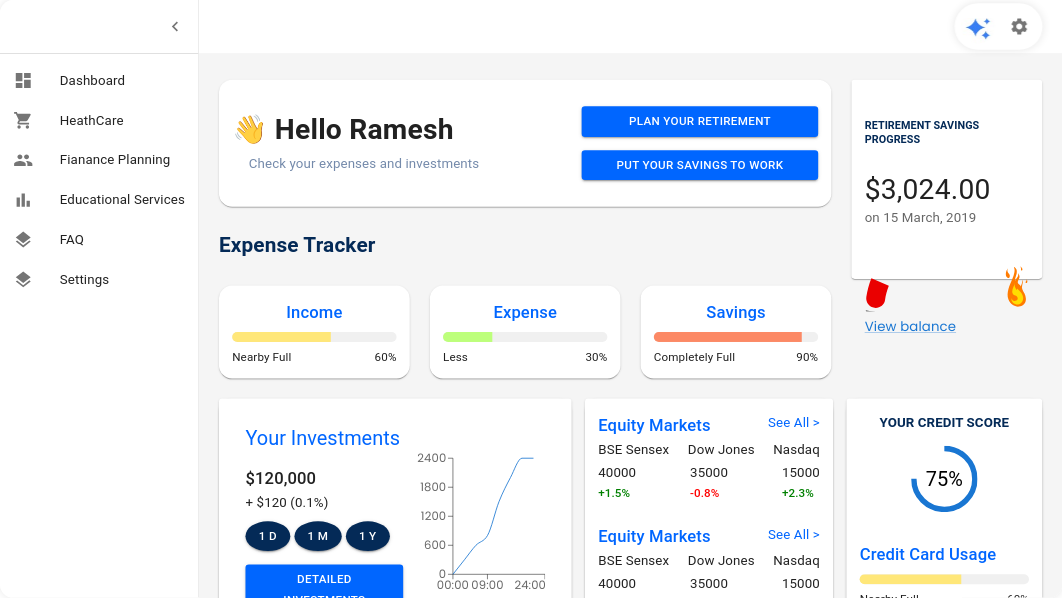
Repository: shubhampirate/TIAA_Retirement_hackathon
Page: /
An editor plug-in stored every save of this project. The page is shown before and after the next save, followed by the edit.
The browser window is 1280 px wide. The pictures show the whole page, at 83% of full size.
An inner scrolling area shows only its first screen. The project was rebuilt for these pictures with package versions that can differ from the ones it lists, and the page was loaded fresh each time. Also part of the build but not shown: src/Components/CustomButton.jsx, src/Components/Navbar.jsx, src/Components/Properties.jsx, src/Components/Footer.jsx, src/Components/Hero.jsx, src/pages/Sign_In.jsx.

Above is the page before, as saved 2023-11-15 15:13:45.

### src/index.css
@import url("https://fonts.googleapis.com/css2?family=Poppins:wght@400;500;700&display=swap");

* {
  margin: 0;
  padding: 0;
  box-sizing: border-box;
  font-family: "Poppins", sans-serif;
}

body {
  margin: 0;
  -webkit-font-smoothing: antialiased;
  -moz-osx-font-smoothing: grayscale;
}

code {
  font-family: source-code-pro, Menlo, Monaco, Consolas, "Courier New",
    monospace;
}

### src/App.jsx
import Hero from "./Components/Hero";
import SignIn from "./pages/Sign_In";
import Dashboard from "./Components/Dashboard";

function App() {
  return (
    <>
      {/* <Hero /> */}
      {/* <SignIn/> */}
      <Dashboard />
    </>
  );
}

export default App;

### src/Components/listItems.jsx
import * as React from 'react';
import ListItemButton from '@mui/material/ListItemButton';
import ListItemIcon from '@mui/material/ListItemIcon';
import ListItemText from '@mui/material/ListItemText';
import ListSubheader from '@mui/material/ListSubheader';
import DashboardIcon from '@mui/icons-material/Dashboard';
import ShoppingCartIcon from '@mui/icons-material/ShoppingCart';
import PeopleIcon from '@mui/icons-material/People';
import BarChartIcon from '@mui/icons-material/BarChart';
import LayersIcon from '@mui/icons-material/Layers';
import AssignmentIcon from '@mui/icons-material/Assignment';

export const mainListItems = (
  <React.Fragment>
    <ListItemButton>
      <ListItemIcon>
        <DashboardIcon />
      </ListItemIcon>
      <ListItemText primary="Dashboard" />
    </ListItemButton>
    <ListItemButton>
      <ListItemIcon>
        <ShoppingCartIcon />
      </ListItemIcon>
      <ListItemText primary="HeathCare" />
    </ListItemButton>
    <ListItemButton>
      <ListItemIcon>
        <PeopleIcon />
      </ListItemIcon>
      <ListItemText primary="Fianance Planning" />
    </ListItemButton>
    <ListItemButton>
      <ListItemIcon>
        <BarChartIcon />
      </ListItemIcon>
      <ListItemText primary="Educational Services" />
    </ListItemButton>
    <ListItemButton>
      <ListItemIcon>
        <LayersIcon />
      </ListItemIcon>
      <ListItemText primary="FAQ" />
    </ListItemButton>
    <ListItemButton>
      <ListItemIcon>
        <LayersIcon />
      </ListItemIcon>
      <ListItemText primary="Settings" />
    </ListItemButton>
  </React.Fragment>
);

// export const secondaryListItems = (
//   <React.Fragment>
//     <ListSubheader component="div" inset>
//       Saved reports
//     </ListSubheader>
//     <ListItemButton>
//       <ListItemIcon>
//         <AssignmentIcon />
//       </ListItemIcon>
//       <ListItemText primary="Current month" />
//     </ListItemButton>
//     <ListItemButton>
//       <ListItemIcon>
//         <AssignmentIcon />
//       </ListItemIcon>
//       <ListItemText primary="Last quarter" />
//     </ListItemButton>
//     <ListItemButton>
//       <ListItemIcon>
//         <AssignmentIcon />
//       </ListItemIcon>
//       <ListItemText primary="Year-end sale" />
//     </ListItemButton>
//   </React.Fragment>
// );

### src/Components/Deposits.jsx
import * as React from 'react';
import Link from '@mui/material/Link';
import Typography from '@mui/material/Typography';
// import Title from './Title';
import { styled, createTheme, ThemeProvider } from '@mui/material/styles';
import GaugeChart from './GaugeChart';


function preventDefault(event) {
  event.preventDefault();
}
const Title = styled(Typography)(({ theme }) => ({
  fontSize: "13px",
  color: "#042A57",
  fontWeight: "bold",
  textAlign: "left",
  margin: theme.spacing(4, 0, 4, 0),
  [theme.breakpoints.down("sm")]: {
    fontSize: "20px",
  },
}))
export default function Deposits() {
  return (
    <React.Fragment>
<Title variant="h4" sx={{color: "#042A57"}}>
RETIREMENT SAVINGS PROGRESS
            </Title>
      {/* <Title>Recent Deposits</Title> */}
      <Typography component="p" variant="h4">
        $3,024.00
      </Typography>
      <Typography color="text.secondary" sx={{ flex: 1 }}>
        on 15 March, 2019
      </Typography>
      <div>
      <GaugeChart/>
        <Link color="primary" href="#" onClick={preventDefault}>
          View balance
        </Link>
      </div>
    </React.Fragment>
  );
}

### src/Components/YourComponent.jsx
import React from 'react';
import { Box,Grid, Paper, Typography, CircularProgress, LinearProgress, Button } from '@mui/material';
import Chart from './Chart';
// import ArrowForwardIcon from '@mui/icons-material/ArrowForward';



const InvestmentsBox = () => (
  <Paper sx={{ p: 4, display: 'flex', flexDirection: 'column', alignItems: 'center' }}>
    <div style={{ display: 'flex', justifyContent: 'space-between', width: '100%' }}>
      <div style={{ textAlign: 'left' }}>
        <Typography variant="h5" sx={{color: '#0066FF' }}>Your Investments</Typography>
        <Typography variant="h6" sx={{mt:2}}>$120,000</Typography>
        <Typography variant="subtitle1">+ $120 (0.1%)</Typography>
        {/* Options to choose from */}
        <div style={{ display: 'flex', marginTop: '8px' }}>
          <Button
            variant="contained"
            style={{
              backgroundColor: '#042A57',
              color: '#FFF',
              borderRadius: '70%',
              minWidth: 'unset',
              marginRight: '5px',
            }}
          >
            1 D
          </Button>
          <Button
            variant="contained"
            style={{
              backgroundColor: '#042A57',
              color: '#FFF',
              borderRadius: '50%',
              minWidth: 'unset',
              marginRight: '5px',
            }}
          >
            1 M
          </Button>
          <Button
            variant="contained"
            style={{
              backgroundColor: '#042A57',
              color: '#FFF',
              borderRadius: '50%',
              minWidth: 'unset',
            }}
          >
            1 Y
          </Button>
        </div>
        <Button variant="contained"  sx={{ width: '100%', backgroundColor: '#0066FF', color: '#fff', mb:1 ,mt:{xs:0, md:2}  }}>
        Detailed Investments
        </Button>
      </div>
      {/* Chart (replace with your actual chart component) */}
      <div style={{ width: '50%', height: '150px', backgroundColor: '#fff' }}>
        {/* Replace this div with your actual chart component */}
        <div style={{ width: '100%', height: '140%', display: 'flex', justifyContent: 'center', alignItems: 'center' }}>
          <Chart />
        </div>
      </div>
    </div>
  </Paper>
);


const EquityMarketsBox = () => {
  // Mock data for market values
  const marketData = [
    { name: 'BSE Sensex', currentPrice: 40000, increasePercentage: 1.5 },
    { name: 'Dow Jones', currentPrice: 35000, increasePercentage: -0.8 },
    { name: 'Nasdaq', currentPrice: 15000, increasePercentage: 2.3 },
  ];

  return (
    <Paper sx={{ p: 2, display: 'flex', flexDirection: 'column' }}>
  <Typography variant="h6" style={{ display: 'flex', justifyContent: 'space-between', color: '#0066FF' }}>
        Equity Markets
        <Typography variant="subtitle1" style={{ cursor: 'pointer' }}>
          See All &gt;
        </Typography>
      </Typography>
    {/* Display market names in the first line */}
    <div style={{ display: 'flex', justifyContent: 'space-between' }}>
      {marketData.map((market) => (
        <Typography key={market.name} variant="subtitle1">{market.name}</Typography>
      ))}
    </div>
    {/* Display market values in the second line */}
    <div style={{ display: 'flex', justifyContent: 'space-between' }}>
      {marketData.map((market) => (
        <div key={market.name}>
          <Typography variant="subtitle1">{market.currentPrice}</Typography>
          <Typography variant="subtitle2" style={{ color: market.increasePercentage >= 0 ? 'green' : 'red' }}>
            {market.increasePercentage >= 0 ? '+' : ''}{market.increasePercentage}%
          </Typography>
        </div>
      ))}
    </div>
 <br />
  <Typography variant="h6" style={{ display: 'flex', justifyContent: 'space-between', color: '#0066FF' }}>
        Equity Markets
        <Typography variant="subtitle1" style={{ cursor: 'pointer' }}>
          See All &gt;
        </Typography>
      </Typography>
    {/* Display market names in the first line */}
    <div style={{ display: 'flex', justifyContent: 'space-between' }}>
      {marketData.map((market) => (
        <Typography key={market.name} variant="subtitle1">{market.name}</Typography>
      ))}
    </div>
    {/* Display market values in the second line */}
    <div style={{ display: 'flex', justifyContent: 'space-between' }}>
      {marketData.map((market) => (
        <div key={market.name}>
          <Typography variant="subtitle1">{market.currentPrice}</Typography>
          <Typography variant="subtitle2" style={{ color: market.increasePercentage >= 0 ? 'green' : 'red' }}>
            {market.increasePercentage >= 0 ? '+' : ''}{market.increasePercentage}%
          </Typography>
        </div>
      ))}
    </div>

  </Paper>
);
};



// Component for the third box
  // Component for the first box
const ProgressBarBox = ({ title, value }) => {
    let indicatorText = '';
    let color = '';

    if (value <= 30) {
      indicatorText = 'Less';
      color = '#BDFF7B';
    } else if (value <= 70) {
      indicatorText = 'Nearby Full';
      color = '#FFE779';
    } else {
      indicatorText = 'Completely Full';
      color = '#FC8965';
    }

    return (
      <Grid container>
        <Typography variant="h6" sx={{ mb: 1, color: "#0066FF" }}>
          {title}
        </Typography>
        <LinearProgress
          variant="determinate"
          value={value}
          sx={{
            width: '100%',
            height: '12px',
            borderRadius: '8px',
            backgroundColor: '#f0f0f0',
            marginBottom: '8px',
            '& .MuiLinearProgress-bar': {
              backgroundColor: color,
            },
          }}
        />
        <Box
          sx={{
            display: 'flex',
            justifyContent: 'space-between',
            width: '100%',
          }}
        >
          <Typography variant="body2">{indicatorText}</Typography>
          <Typography variant="body2">{value}%</Typography>
        </Box>
      </Grid>
    );
  };

  // Component for the third box
  const CreditScoreBox = () => (
    <Paper sx={{ p: 2, display: 'flex', flexDirection: 'column', alignItems: 'center', position: 'relative' }}>
      <Typography variant="h6" sx={{mb:{xs:0, md:2}, color: "#042A57", fontSize: "16px", fontWeight: "bold"}}>YOUR CREDIT SCORE</Typography>
      {/* <br /> */}
      {/* Circular Progress Bar */}
      <div style={{ position: 'relative', width: '80px', height: '80px', marginBottom:"35px" }}>
        <CircularProgress variant="determinate" value={75} size={80} />
        {/* Display the percentage in the center of the circular progress bar */}
        <Typography
          variant="h5"
          style={{
            position: 'absolute',
            top: '50%',
            left: '50%',
            transform: 'translate(-50%, -50%)',
            color: '#000', // Adjust text color as needed
          }}
        >
          75%
        </Typography>
      </div>
      {/* <br /> */}
      {/* Include ProgressBarBox with the entire width */}
      <ProgressBarBox title="Credit Card Usage" value={60} />
    </Paper>
  );

// Main component
const YourComponent = () => (
  <Grid container spacing={2}>
    <Grid item xs={12} md={9}>
      <Grid container spacing={2} style={{ height: '100%' }}>
        <Grid item xs={12} md={8} lg={7}>
          <Paper sx={{ borderRadius: '16px' }}>
            <InvestmentsBox />
          </Paper>
        </Grid>
        <Grid item xs={12} md={4} lg={5}>
          <Paper sx={{ borderRadius: '16px' }}>
            <EquityMarketsBox />
          </Paper>
        </Grid>
      </Grid>
    </Grid>
    <Grid item xs={12} md={3}>
      <Paper sx={{ borderRadius: '16px' }}>
        <CreditScoreBox />
      </Paper>
    </Grid>
  </Grid>
);

export default YourComponent;

### src/Components/GaugeChart.jsx
import React, { useEffect } from 'react';

const GaugeChart = () => {
  const GaugeChart_SetPercent = (el, _perc) => {
    el.dataset.percent = _perc;
    console.log(el.querySelector(".text"));
  };

  const GaugeChart_BehaviorInit = () => {
    document.querySelectorAll(".gauge-box").forEach(function (el, index) {
      GaugeChart_Animate(el);
      return;
    });
  };

  const GaugeChart_Animate = (el) => {
    var pointer = el.querySelector(".pointer");

    if (!pointer) return;

    console.log("OK");
    var percent_deg = 1.8;
    if (el.dataset.percent) {
      var _perc = parseInt(el.dataset.percent);
      var _percFrom = 0;
      var percent_deg_style = _perc * percent_deg - 90;
      if (percent_deg_style < -90) percent_deg_style = -90;
      if (percent_deg_style > 90) percent_deg_style = 90;

      pointer.style.transform = "rotateZ(-90deg)";

      var indicator_index;

      for (var i = 0; i < 7; i++) {
        var piece_percent = 100 / 8;
        if (CheckBetween(_perc, piece_percent * i, piece_percent * (i + 1))) {
          indicator_index = i + 1;
          console.log(indicator_index + 1);
          break;
        }
      }

      var piece_sel = el.querySelector(".p-" + indicator_index);
      if (piece_sel) {
        piece_sel.classList.add("selected");
      }

      setInterval(function () {
        pointer.style.transform = "rotateZ(" + percent_deg_style + "deg)";
        if (_perc >= 87.5) {
          el.querySelector(".flame-gauge").classList.add("active");
        } else {
          el.querySelector(".flame-gauge").classList.remove("active");
        }
      }, 100);
    }
  };

  const CheckBetween = (num, min, max) => {
    if (num >= min && num < max) {
      return true;
    }
    return false;
  };

  useEffect(() => {
    GaugeChart_BehaviorInit();
  }, []);

  return (
    <div className='centered-box'>
      <div className="gauge-box" data-percent='88'>
        <svg version="1.1" className="gauge-meter-chart" xmlns="http://www.w3.org/2000/svg" xmlnsXlink="http://www.w3.org/1999/xlink" x="0px"
          y="0px" viewBox="0 0 100 51" style={{ enableBackground: 'new 0 0 100 51' }} xmlSpace="preserve">
          <g className="meter">
            <path className="p1" fill="#EA0000" d="M4.1,31C2.6,34.6,1.6,38.5,1,42.4C0.5,45.9,3.2,49,6.7,49h0c2.8,0,5.3-2,5.7-4.8c0.4-3,1.2-6,2.3-8.7L4.1,31z"/>
            {/* Rest of the paths... */}
          </g>
          <path className="pointer" d="M51,47.3V18l1.7,0L50,13.1L47.3,18H49l0,29.3c-0.6,0.3-1,1-1,1.7c0,1.1,0.9,2,2,2s2-0.9,2-2C52,48.3,51.6,47.6,51,47.3z"/>
          <g className="flame-gauge">
            <g className="flame">
              <path className="flame-orange" fill="#FF7B00" d="M89.9,31.3c-0.8,2.1-1.8,4-2.4,6.1s-0.8,4.4,0,6.5c0.5,1.3,1.4,2.4,2.5,3.2c1.1,0.8,2.5,1.2,3.8,1.1c1.3-0.1,2.7-0.8,3.5-1.9c0.6-0.9,0.9-2,0.8-3.1c-0.1-1.1-0.4-2.2-0.9-3.1c-0.6-1.1-1.4-2.2-1.5-3.5c0-0.8,0.3-1.6,0.4-2.4c0.2-0.8,0.2-1.7-0.3-2.4c0.2,1.5-0.2,3.1-1.1,4.3c0.3-0.3,0-0.9-0.3-1.1c-0.3-0.3-0.7-0.5-1-0.9c-0.4-0.5-0.2-1.3,0-1.8c0.3-0.6,0.6-1.1,0.8-1.8c0.2-1-0.2-2-0.9-2.6c0.4,0.8,0.1,1.8-0.4,2.5c-0.5,0.8-1.1,1.4-1.3,2.3c-0.4-2.1,1.3-4.1,1-6.2c-0.1-1-0.9-2.1-1.8-2.5c0.1,0.5,0.3,0.9,0.4,1.4c0.1,0.6,0,1.4-0.1,2C90.9,28.7,90.4,30,89.9,31.3z"/>
              <path className="flame-yellow" fill="#FFDD00" d="M90.5,44.6c0.9,0.4,2.1,0.1,2.5-0.7s0-1.9-0.9-2.3c-0.3-0.1-0.6-0.2-0.9-0.3c-0.9-0.4-1.4-1.3-1.4-2.3c0-0.9,0.3-1.8,0.7-2.7c0.4-0.9,0.8-1.7,0.9-2.6c-0.4,1.6,0.1,3.3,1.3,4.5c0-0.4,0-0.7,0-1.1c0.8,0.7,1.6,1.5,2.3,2.3c0.7,0.9,1.2,1.8,1.4,2.9c0.2,1.3-0.1,2.8-1.2,3.7c-0.8,0.7-1.9,1-2.9,0.9c-1-0.1-2-0.7-2.5-1.6c-0.5-0.8-0.5-1.6-0.2-2.4C89.5,43.5,89.8,44.2,90.5,44.6z"/>
            </g>
            <path className="f-p3" fill="#FF7B00" d="M98,33c0.1-0.2,0.3-0.3,0.4-0.5c0.2-0.4,0.3-0.9,0-1.3c0.4,0.4,0.6,1,0.6,1.6c0,0.3,0,0.6-0.2,0.8c-0.1,0.2-0.5,0.4-0.7,0.2C97.9,33.6,97.9,33.1,98,33z"/>
            <path className="f-p2" fill="#FF7B00" d="M95.1,25.7c0-0.2,0.1-0.4,0.1-0.7c0-0.4-0.2-0.9-0.6-1.2c0.5,0.2,1,0.6,1.2,1.1c0.1,0.2,0.2,0.5,0.2,0.8c0,0.2-0.3,0.6-0.5,0.5C95.3,26.2,95.1,25.9,95.1,25.7z"/>
            <path className="f-p1" fill="#FF7B00" d="M88.2,28.8c-0.2-0.4-0.6-0.8-0.9-1.2c-0.5-0.8-0.6-2-0.1-2.8c-0.8,1-1.3,2.2-1.3,3.5c0,0.6,0.1,1.3,0.5,1.8c0.3,0.4,1.2,0.9,1.6,0.5C88.4,30.2,88.4,29.2,88.2,28.8z"/>
          </g>
        </svg>
      </div>
    </div>
  );
};

export default GaugeChart;

### src/Components/Chart.jsx
import * as React from 'react';
import { useTheme } from '@mui/material/styles';
import { LineChart, Line, XAxis, YAxis, Label, ResponsiveContainer } from 'recharts';
// import Title from './Title';

// Generate Sales Data
function createData(time, amount) {
  return { time, amount };
}

const data = [
  createData('00:00', 0),
  createData('03:00', 300),
  createData('06:00', 600),
  createData('09:00', 800),
  createData('12:00', 1500),
  createData('15:00', 2000),
  createData('18:00', 2400),
  createData('21:00', 2400),
  createData('24:00', undefined),
];

export default function Chart() {
  const theme = useTheme();

  return (
    <React.Fragment>
      {/* <Title>Today</Title> */}
      <ResponsiveContainer>
        <LineChart
          data={data}
          margin={{
            top: 40,
            right: 0,
            bottom: 0,
            left: 0,
          }}
          backgroundColor="white"

        >
          <XAxis
            dataKey="time"
            stroke={theme.palette.text.secondary}
            style={theme.typography.body2}
          />
          <YAxis
            stroke={theme.palette.text.secondary}
            style={theme.typography.body2}
          >
            {/* <Label
              angle={270}
              position="left"
              style={{
                textAnchor: 'middle',
                fill: theme.palette.text.primary,
                ...theme.typography.body1,
              }}
            >
              Sales ($)
            </Label> */}
          </YAxis>
          <Line
            isAnimationActive={false}
            type="monotone"
            dataKey="amount"
            stroke={theme.palette.primary.main}
            dot={false}
          />
        </LineChart>
      </ResponsiveContainer>
    </React.Fragment>
  );
}

Loaded but not shown: public/index.html (common file); src/index.js (common file); src/Components/Dashboard.jsx (306 lines, source omitted)

After the next save:
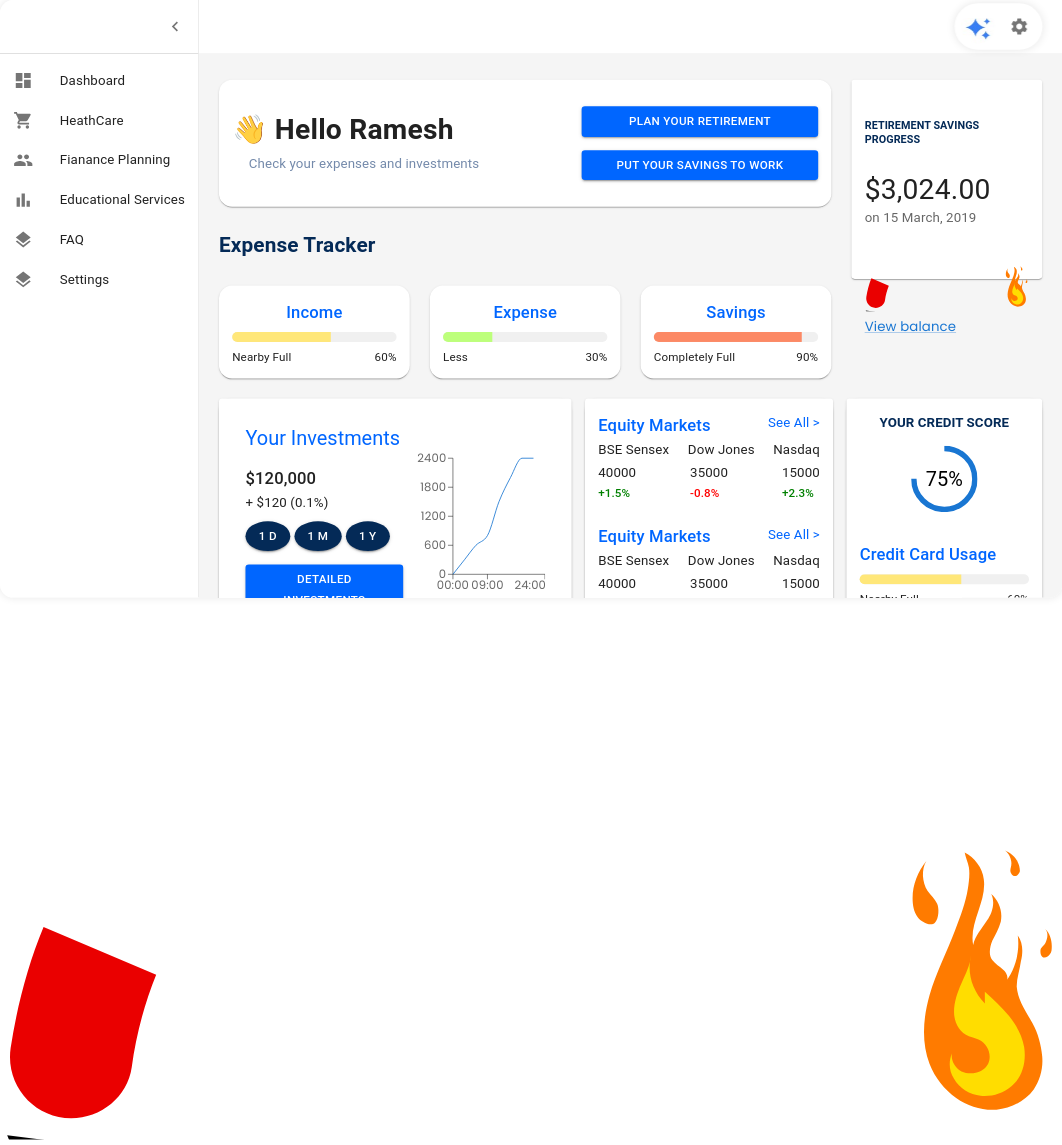
Saved 80 s later.
--- a/src/App.jsx
+++ b/src/App.jsx
@@ -1,6 +1,8 @@
 import Hero from "./Components/Hero";
 import SignIn from "./pages/Sign_In";
 import Dashboard from "./Components/Dashboard";
+import GaugeChart from "./Components/GaugeChart"
+
 
 function App() {
   return (
@@ -8,6 +10,7 @@ function App() {
       {/* <Hero /> */}
       {/* <SignIn/> */}
       <Dashboard />
+      <GaugeChart />
     </>
   );
 }
